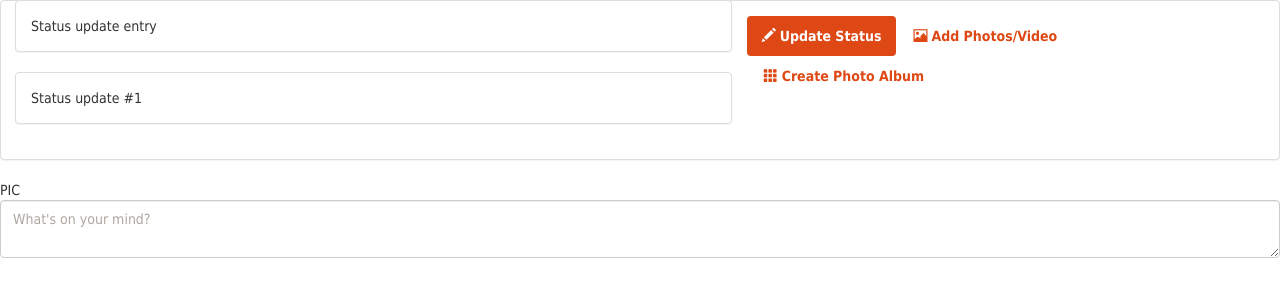
Repository: harshagithub19/news_feed
Page: fbapp3/src/main/webapp/statuscheck.html
An editor plug-in stored every save of this project. The page is shown before and after the next save, followed by the edit.
The browser window is 1280 px wide. The pictures show the whole page.
Some web fonts or font styles are not loaded; a fallback is used. Some web libraries are served in a nearby version.

Above is the page before, as saved 2017-03-02 04:03:34.

### fbapp3/src/main/webapp/statuscheck.html
<!DOCTYPE html>
<html>
<head>
<meta charset="UTF-8">
<meta http-equiv="Content-Type" content="text/html; charset=ISO-8859-1">


<script src="https://ajax.googleapis.com/ajax/libs/jquery/3.1.1/jquery.min.js"></script>
<script src="https://ajax.googleapis.com/ajax/libs/jquery/3.1.1/jquery.ui.min.js"></script>
<script src="https://maxcdn.bootstrapcdn.com/bootstrap/3.3.7/js/bootstrap.min.js"></script>
<script type="text/javascript" src="http://cdn.jsdelivr.net/jquery.cookie/1.3.1/jquery.cookie.js"></script>
<link href="bootstrap/css/bootstrap.css" rel="stylesheet" />
<link href="assets/css/bootstrap-united.css" rel="stylesheet" />



<style type="text/css">
</style>
<title>Insert title here</title>
</head>
<body>


<!-- Main feed: A cell that spans 7 columns -->
<div class="col-md-7">
  <!-- Status update entry -->
  <div class="panel panel-default">
    <div class="panel-body">
      Status update entry
    </div>
  </div>
  <!-- Status update #1 -->
  <div class="panel panel-default">
    <div class="panel-body">
      Status update #1
    </div>
  </div>
</div>

<div class="panel panel-default">
  <div class="panel-body">
    <ul class="nav nav-pills">
      <li role="presentation" class="active">
        <a href="#"><span class="glyphicon glyphicon-pencil"></span> <strong>Update Status</strong></a>
      </li>
      <li role="presentation">
        <a href="#"><span class="glyphicon glyphicon-picture"></span> <strong>Add Photos/Video</strong></a>
      </li>
      <li role="presentation">
        <a href="#"><span class="glyphicon glyphicon-th"></span> <strong>Create Photo Album</strong></a>
      </li>
    </ul>
  </div>
</div>


<div class="media">
  <div class="media-left media-top">
    PIC
  </div>
  <div class="media-body">
    <div class="form-group">
      <!-- rows="2" means "display the textarea as 2 rows high". The user can
           enter more than 2 rows of text. -->
      <textarea class="form-control" rows="2" placeholder="What's on your mind?"></textarea>
    </div>
  </div>
</div>






</body>
</html>

Loaded but not shown: fbapp3/src/main/webapp/bootstrap/css/bootstrap.css (library); fbapp3/src/main/webapp/assets/css/bootstrap-united.css (library)

After the next save:
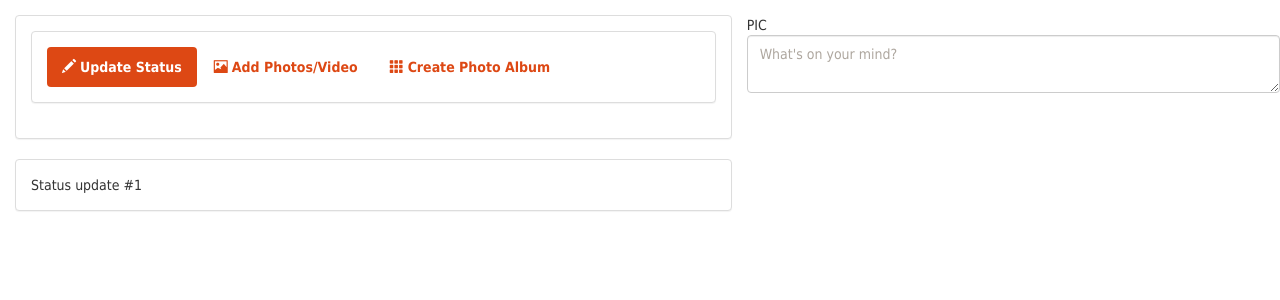
Saved 2 min 30 s later.
--- a/fbapp3/src/main/webapp/statuscheck.html
+++ b/fbapp3/src/main/webapp/statuscheck.html
@@ -26,7 +26,27 @@
   <!-- Status update entry -->
   <div class="panel panel-default">
     <div class="panel-body">
-      Status update entry
+     <!-- Status update entry -->
+
+
+         <div class="panel panel-default">
+				  <div class="panel-body">
+				    <ul class="nav nav-pills">
+				      <li role="presentation" class="active">
+				        <a href="#"><span class="glyphicon glyphicon-pencil"></span> <strong>Update Status</strong></a>
+				      </li>
+				      <li role="presentation">
+				        <a href="#"><span class="glyphicon glyphicon-picture"></span> <strong>Add Photos/Video</strong></a>
+				      </li>
+				      <li role="presentation">
+				        <a href="#"><span class="glyphicon glyphicon-th"></span> <strong>Create Photo Album</strong></a>
+				      </li>
+				    </ul>
+				  </div>
+        </div>
+
+
+
     </div>
   </div>
   <!-- Status update #1 -->
@@ -37,21 +57,6 @@
   </div>
 </div>
 
-<div class="panel panel-default">
-  <div class="panel-body">
-    <ul class="nav nav-pills">
-      <li role="presentation" class="active">
-        <a href="#"><span class="glyphicon glyphicon-pencil"></span> <strong>Update Status</strong></a>
-      </li>
-      <li role="presentation">
-        <a href="#"><span class="glyphicon glyphicon-picture"></span> <strong>Add Photos/Video</strong></a>
-      </li>
-      <li role="presentation">
-        <a href="#"><span class="glyphicon glyphicon-th"></span> <strong>Create Photo Album</strong></a>
-      </li>
-    </ul>
-  </div>
-</div>
 
 
 <div class="media">
